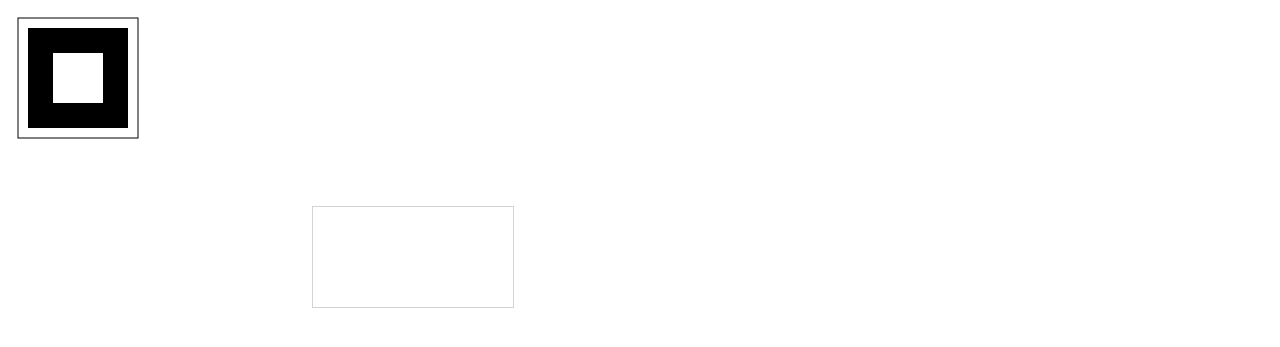
Repository: ManojAndroid/WellcomeToAndroidApp
Page: AddressBook_App/Canvas_Project/WebContent/Canvas.html
An editor plug-in stored every save of this project. The page is shown before and after the next save, followed by the edit.
The browser window is 1280 px wide. The pictures show the whole page.

Above is the page before, as saved 2017-04-20 11:56:50.

After the next save:
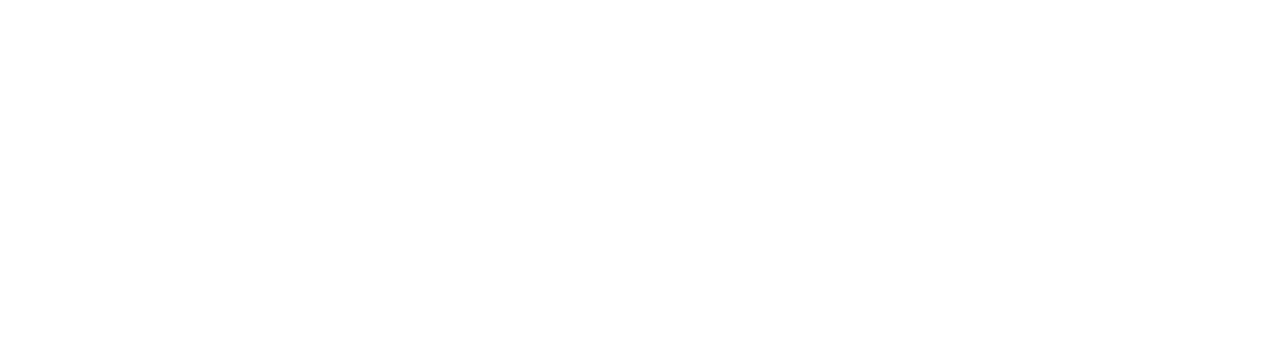
Saved 104 s later.
--- a/AddressBook_App/Canvas_Project/WebContent/Canvas.html
+++ b/AddressBook_App/Canvas_Project/WebContent/Canvas.html
@@ -1,41 +1,38 @@
-<!DOCTYPE html>
+<!DOCTYPE HTML>
 <html>
-<head>
-<meta charset="UTF-8">
-<script type="text/javascript">
-	function draw() {
-		var myCanvas = document.getElementById("myCanvas");
-		var ctx = myCanvas.getContext("2d");
-		ctx.fillRect(20, 20, 100, 100);
-		ctx.strokeRect(10, 10, 120, 120);
-		ctx.clearRect(45, 45, 50, 50);
-		ctx.fillStyle = "green";
-		ctx.closePath();
-		ctx.fill();
-	}
-	function drawShape() {
-		var myCanvas = document.getElementById("myCan");
-		var ctx = myCanvas.getContext("2d");
-		var grd=ctx.createLinearGradient(0,0,200,0);
-		grd.addColorStop(0,"red");
-		grd.addColorStop(1,"white");
+  <head>
+    <style>
+      body {
+        margin: 0px;
+        padding: 0px;
+      }
+    </style>
+  </head>
+  <body>
+    <canvas id="myCanvas" width="578" height="200"></canvas>
+    <script>
+      function writeMessage(canvas, message) {
+        var context = canvas.getContext('2d');
+        context.clearRect(0, 0, canvas.width, canvas.height);
+        context.font = '18pt Calibri';
+        context.fillStyle = 'black';
+        context.fillText(message, 10, 25);
+      }
+      function getMousePos(canvas, evt) {
+        var rect = canvas.getBoundingClientRect();
+        return {
+          x: evt.clientX - rect.left,
+          y: evt.clientY - rect.top
+        };
+      }
+      var canvas = document.getElementById('myCanvas');
+      var context = canvas.getContext('2d');
 
-		// Fill with gradient
-		ctx.fillStyle=grd;
-		ctx.fillRect(10,10,150,80);
-	}
-
-</script>
-</head>
-<body onload="draw()">
-	<canvas id="myCanvas" width="300" height="300">
-                </canvas>
-
-
-	<canvas id="myCan" width="200" height="100" onmouseleave="drawShape()" style="border:1px solid #d3d3d3;">
-                </canvas>
-	<!-- <canvas id="myCan" width="300" height="300" onclick="drawShape()">
-                </canvas> -->
-</body>
-
+      canvas.addEventListener('mousemove', function(evt) {
+        var mousePos = getMousePos(canvas, evt);
+        var message = 'Mouse position: ' + mousePos.x + ',' + mousePos.y;
+        writeMessage(canvas, message);
+      }, false);
+    </script>
+  </body>
 </html>

After the save that followed:
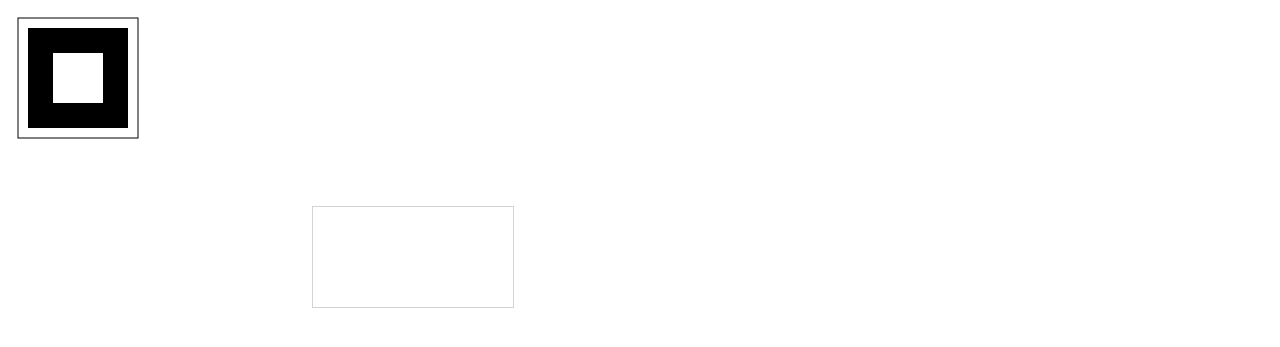
Saved 19 s later.
--- a/AddressBook_App/Canvas_Project/WebContent/Canvas.html
+++ b/AddressBook_App/Canvas_Project/WebContent/Canvas.html
@@ -1,38 +1,41 @@
-<!DOCTYPE HTML>
+<!DOCTYPE html>
 <html>
-  <head>
-    <style>
-      body {
-        margin: 0px;
-        padding: 0px;
-      }
-    </style>
-  </head>
-  <body>
-    <canvas id="myCanvas" width="578" height="200"></canvas>
-    <script>
-      function writeMessage(canvas, message) {
-        var context = canvas.getContext('2d');
-        context.clearRect(0, 0, canvas.width, canvas.height);
-        context.font = '18pt Calibri';
-        context.fillStyle = 'black';
-        context.fillText(message, 10, 25);
-      }
-      function getMousePos(canvas, evt) {
-        var rect = canvas.getBoundingClientRect();
-        return {
-          x: evt.clientX - rect.left,
-          y: evt.clientY - rect.top
-        };
-      }
-      var canvas = document.getElementById('myCanvas');
-      var context = canvas.getContext('2d');
+<head>
+<meta charset="UTF-8">
+<script type="text/javascript">
+	function draw() {
+		var myCanvas = document.getElementById("myCanvas");
+		var ctx = myCanvas.getContext("2d");
+		ctx.fillRect(20, 20, 100, 100);
+		ctx.strokeRect(10, 10, 120, 120);
+		ctx.clearRect(45, 45, 50, 50);
+		ctx.fillStyle = "green";
+		ctx.closePath();
+		ctx.fill();
+	}
+	function drawShape() {
+		var myCanvas = document.getElementById("myCan");
+		var ctx = myCanvas.getContext("2d");
+		var grd=ctx.createLinearGradient(0,0,200,0);
+		grd.addColorStop(0,"red");
+		grd.addColorStop(1,"white");
 
-      canvas.addEventListener('mousemove', function(evt) {
-        var mousePos = getMousePos(canvas, evt);
-        var message = 'Mouse position: ' + mousePos.x + ',' + mousePos.y;
-        writeMessage(canvas, message);
-      }, false);
-    </script>
-  </body>
+		// Fill with gradient
+		ctx.fillStyle=grd;
+		ctx.fillRect(10,10,150,80);
+	}
+
+</script>
+</head>
+<body onload="draw()">
+	<canvas id="myCanvas" width="300" height="300">
+                </canvas>
+
+
+	<canvas id="myCan" width="200" height="100" onmouseleave="drawShape()" style="border:1px solid #d3d3d3;">
+                </canvas>
+	<!-- <canvas id="myCan" width="300" height="300" onclick="drawShape()">
+                </canvas> -->
+</body>
+
 </html>
